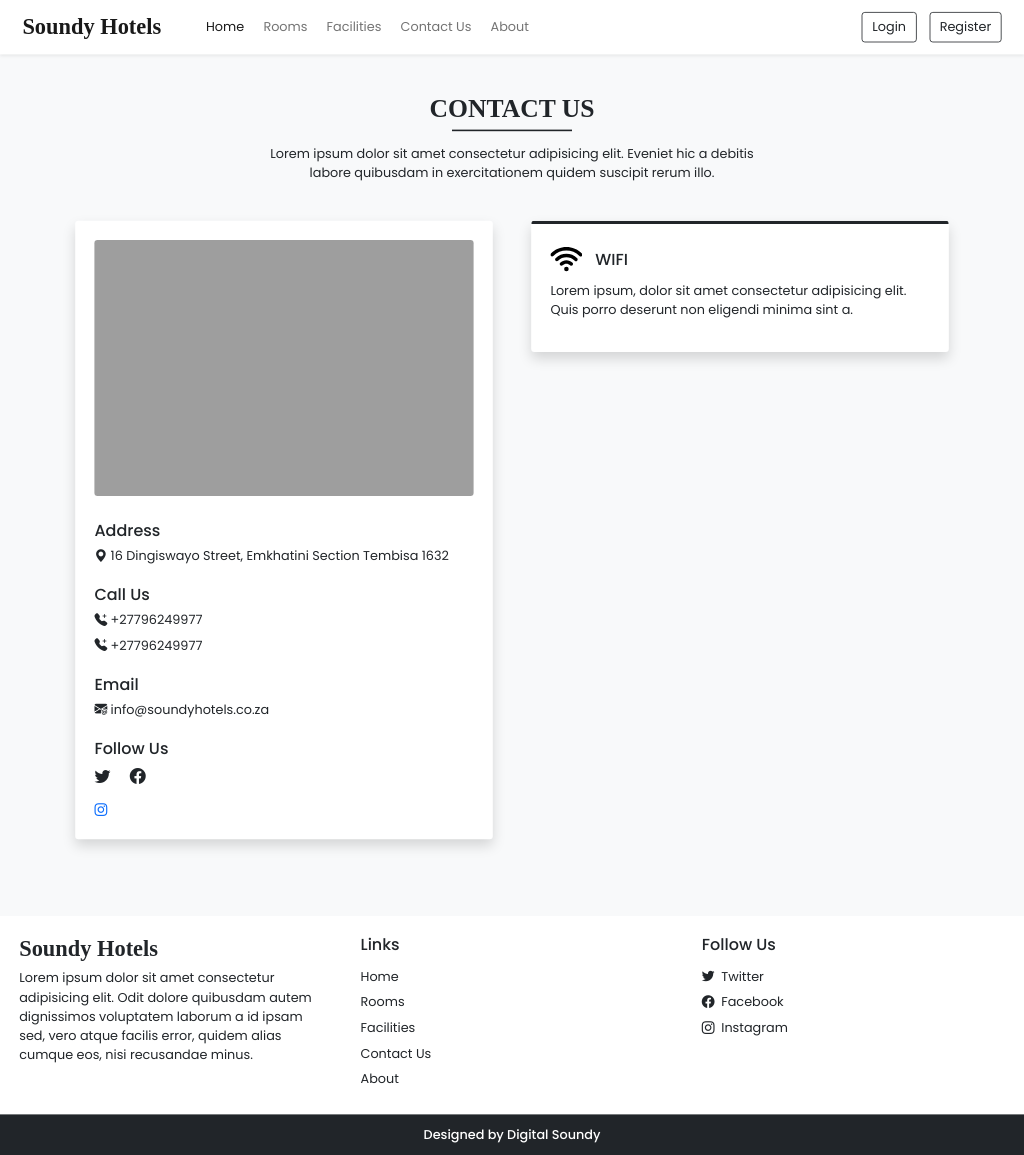
Repository: spencersoundy/Hotel-Booking-App
Page: http://localhost/contact.php
These files come from the project's save history. The page is drawn as it stood at one moment and after a run of saves; the edit follows.
The browser window is 1280 px wide. The pictures show the whole page, at 80% of full size.
Pictures or frames that could not be fetched are drawn as grey boxes. Some web fonts or font styles are not loaded; a fallback is used. The page is run by PHP 8.4 with error messages shown; the project is at /var/www/html/.

Above is the page before, as saved 2023-08-04 23:52:46.

### contact.php
<!DOCTYPE html>
<html lang="en">
<head>
    <meta charset="UTF-8">
    <meta http-equiv="X-UA-Compatible" content="IE=edge">
    <meta name="viewport" content="width=device-width, initial-scale=1.0">
    <title>Soundy Hotels - CONTACT</title>
    <?php require('inc/links.php') ?>
</head>
<body class="bg-light">

<?php require('inc/header.php') ?>

<div class="my-5 px-4">
    <h2 class="fw-bold h-font text-center">CONTACT US</h2>
    <div class="h-line bg-dark"></div>
    <p class="text-center mt-3">
        Lorem ipsum dolor sit amet consectetur adipisicing elit.
        Eveniet hic a debitis <br> labore quibusdam in exercitationem
        quidem suscipit rerum illo.
    </p>
</div>

<div class="container">
    <div class="row">
        <div class="col-lg-6 col-md-6 mb-5 px-4">
            <div class="bg-white rounded shadow p-4">
                <iframe class="w-100 rounded mb-4" height="320px" src="https://www.google.com/maps/embed?pb=!1m18!1m12!1m3!1d3585.708810342345!2d28.2120409827257!3d-26.010354497291896!2m3!1f0!2f0!3f0!3m2!1i1024!2i768!4f13.1!3m3!1m2!1s0x1e956bf2ad5976c9%3A0x6f9e0753eef116a!2s16%20Dingiswayo%20St%2C%20Emkantini%2C%20Tembisa%2C%201632!5e0!3m2!1sen!2sza!4v1691170736196!5m2!1sen!2sza" loading="lazy"></iframe>

                    <h5>Address</h5>
                <a href="https://goo.gl/maps/Av7G3xEeVXWeW6kQ6" target="_blank" class="d-line-block text-decoration-none text-dark mb-2">
                <i class="bi bi-geo-alt-fill"></i> 16 Dingiswayo Street, Emkhatini Section Tembisa 1632
                </a>

                <h5 class="mt-4">Call Us</h5>
                <a href="Tell: +27796249977" class="d-inline-block mb-2 text-decoration-none text-dark">
                    <i class="bi bi-telephone-plus-fill"></i> +27796249977
                </a>
                <br>
                <a href="Tell: +27796249977" class="d-inline-block text-decoration-none text-dark">
                    <i class="bi bi-telephone-plus-fill"></i> +27796249977
                </a>

                <h5 class="mt-4">Email</h5>
                <a href="mailto: info@soundyhotels.co.za" class="d-inline-block text-decoration-none text-dark">
                    <i class="bi bi-envelope-at-fill"></i> info@soundyhotels.co.za
                </a>

                <h5 class="mt-4">Follow Us</h5>
                <a href="#" class="d-inline-block mb-3 text-dark fs-5 me-3">
                        <i class="bi bi-twitter me-1"></i>
                </a>
                <a href="#" class="d-inline-block mb-3 text-dark fs-5 me-3">
                        <i class="bi bi-facebook me-1"></i>
                </a>
                <br>
                <a href="#" class="d-inline-block">
                        <i class="bi bi-instagram me-1"></i>
                </a>
            </div>
        </div>
        <div class="col-lg-6 col-md-6 px-4">
            <div class="bg-white rounded shadow p-4 border-top border-4 border-dark pop">
                <div class="d-flex align-items-center mb-2">
                <img src="images/facilities/IMG_43553.svg" width="40px">
                <h5 class="m-0 ms-3">WIFI</h5>
                </div>
                <p>Lorem ipsum, dolor sit amet consectetur adipisicing elit.
                    Quis porro deserunt non eligendi minima sint a.
                </p>
            </div>
        </div>
    </div>
</div>

<?php require('inc/footer.php')?>

</body>
</html>

### inc/links.php
<link href="https://cdn.jsdelivr.net/npm/bootstrap@5.0.2/dist/css/bootstrap.min.css" rel="stylesheet" integrity="sha384-EVSTQN3/azprG1Anm3QDgpJLIm9Nao0Yz1ztcQTwFspd3yD65VohhpuuCOmLASjC" crossorigin="anonymous">
<link href="https://fonts.googleapis.com/css2?family=Merienda:wght@400;700&family=Poppins:wght@400;500;600&display=swap" rel="stylesheet">
<link rel="stylesheet" href="https://cdn.jsdelivr.net/npm/bootstrap-icons@1.10.5/font/bootstrap-icons.css">
<link rel="stylesheet" href="css/common.css"/>

### inc/header.php
<nav class="navbar navbar-expand-lg navbar-light bg-white px-lg-3 py-lg-2 shadow-sm sticky-top">
    <div class="container-fluid">
        <a class="navbar-brand me-5 fw-bold fs-3 h-font" href="index.php">Soundy Hotels</a>
        <button class="navbar-toggler shadow-none" type="button" data-bs-toggle="collapse" data-bs-target="#navbarSupportedContent" aria-controls="navbarSupportedContent" aria-expanded="false" aria-label="Toggle navigation">
        <span class="navbar-toggler-icon"></span>
        </button>
        <div class="collapse navbar-collapse" id="navbarSupportedContent">
        <ul class="navbar-nav me-auto mb-2 mb-lg-0">
            <li class="nav-item">
            <a class="nav-link active me-2" aria-current="page" href="index.php">Home</a>
            </li>
            <li class="nav-item">
            <a class="nav-link me-2" href="#">Rooms</a>
            </li>
            <li class="nav-item">
            <a class="nav-link me-2" href="facilities.php">Facilities</a>
            </li><li class="nav-item">
            <a class="nav-link me-2" href="contact.php">Contact Us</a>
            </li><li class="nav-item">
            <a class="nav-link" href="about.php">About</a>
            </li>
        </ul>
        <div class="d-flex">
            <button type="button" class="btn btn-outline-dark shadow-none me-lg-3 me-2" data-bs-toggle="modal" data-bs-target="#loginModal">
                Login
            </button>
            <button type="button" class="btn btn-outline-dark shadow-none" data-bs-toggle="modal" data-bs-target="#registerModal">
                Register
            </button>
        </div>
        </div>
    </div>
    </nav>

    <div class="modal fade" id="loginModal" data-bs-backdrop="static" data-bs-keyboard="false" tabindex="-1" aria-labelledby="staticBackdropLabel" aria-hidden="true">
        <div class="modal-dialog">
            <div class="modal-content">
                <form>
                    <div class="modal-header">
                        <h5 class="modal-title d-flex align-items-center">
                            <i class="bi bi-person-circle fs-3 me-2"></i> User Login
                        </h5>
                        <button type="reset" class="btn-close shadow-none" data-bs-dismiss="modal" aria-label="Close"></button>
                    </div>
                    <div class="modal-body">
                    <div class="mb-3">
                        <label class="form-label">Email address</label>
                        <input type="email" class="form-control shadow-none">
                    </div>
                    <div class="mb-4">
                        <label class="form-label">Password</label>
                        <input type="password" class="form-control shadow-none">
                    </div>
                        <div class="d-flex align-items-center justify-content-between mb-2">
                            <button type="submit" class="btn btn-dark shadow-none">LOGIN</button>
                            <a href="javascript: void(0)" class="text-secondary text-decoration-none">Forgot Password?</a>
                        </div>
                    </div>
                </form>
            </div>
        </div>
    </div>

    <div class="modal fade" id="registerModal" data-bs-backdrop="static" data-bs-keyboard="false" tabindex="-1" aria-labelledby="staticBackdropLabel" aria-hidden="true">
        <div class="modal-dialog modal-lg">
            <div class="modal-content">
                <form>
            <div class="modal-header">
                <h5 class="modal-title d-fle align-items-center">
                    <i class="bi bi-person-lines-fill fs-3 me-2"></i> User Registration
                </h5>
                <button type="reset" class="btn-close shadow-none" data-bs-dismiss="modal" aria-label="Close"></button>
            </div>
            <div class="modal-body">
                <span class="badge rounded-pill bg-light text-dark mb-3 text-wrap lh-base">
                    Note: Your details must match with your ID (ID book/card, passport, drivers license, etc.)
                    that will be required during check-in.
                </span>
                <div class="container-fluid">
                    <div class="row">
                        <div class="col-md-6 ps-0 mb-3">
                            <label class="form-label">Name</label>
                            <input type="text" class="form-control shadow-none">
                        </div>
                        <div class="col-md-6 p-0 mb-3">
                            <label class="form-label">Email</label>
                            <input type="email" class="form-control shadow-none">
                        </div>
                        <div class="col-md-6 ps-0 mb-3">
                            <label class="form-label">Phone Number</label>
                            <input type="number" class="form-control shadow-none">
                        </div>
                        <div class="col-md-6 p-0 mb-3">
                            <label class="form-label">Picture</label>
                            <input type="file" class="form-control shadow-none">
                        </div>
                        <div class="col-md-12 p-0 mb-3">
                            <label class="form-label">Address</label>
                            <textarea class="form-control shadow-none" rows="1"></textarea>
                        </div>
                        <div class="col-md-6 ps-0 mb-3">
                            <label class="form-label">Pincode</label>
                            <input type="number" class="form-control shadow-none">
                        </div>
                        <div class="col-md-6 p-0 mb-3">
                            <label class="form-label">Date of birth</label>
                            <input type="date" class="form-control shadow-none">
                        </div>
                        <div class="col-md-6 ps-0 mb-3">
                            <label class="form-label">Password</label>
                            <input type="password" class="form-control shadow-none">
                        </div>
                        <div class="col-md-6 p-0 mb-3">
                            <label class="form-label">Confirm Password</label>
                            <input type="password" class="form-control shadow-none">
                        </div>
                    </div>
                </div>
                <div class="text-center my-1">
                    <button type="submit" class="btn btn-dark shadow-none">REGISTER</button>
                </div>
            </div>
            </form>
            </div>
  </div>
</div>

### inc/footer.php
<div class="container-fluid bg-white mt-5">

        <div class="row">
            <div class="col-lg-4 p-4">
                <h3 class="h-font fw-bold fs-3 mb-2">Soundy Hotels</h3>
                <p>
                    Lorem ipsum dolor sit amet consectetur adipisicing elit.
                    Odit dolore quibusdam autem dignissimos voluptatem laborum a id ipsam sed,
                    vero atque facilis error, quidem alias cumque eos, nisi recusandae minus.
                </p>
            </div>
            <div class="col-lg-4 p-4">
                <h5 class="mb-3">Links</h5>
                <a href="#" class="d-inline-block mb-2 text-dark text-decoration-none">Home</a><br>
                <a href="#" class="d-inline-block mb-2 text-dark text-decoration-none">Rooms</a><br>
                <a href="#" class="d-inline-block mb-2 text-dark text-decoration-none">Facilities</a><br>
                <a href="#" class="d-inline-block mb-2 text-dark text-decoration-none">Contact Us</a><br>
                <a href="#" class="d-inline-block mb-2 text-dark text-decoration-none">About</a>
            </div>
            <div class="col-lg-4 p-4">
                <h5 class="mb-3">Follow Us</h5>
                <a href="#" class="d-inline-block text-dark text-decoration-none mb-2">
                    <i class="bi bi-twitter me-1"></i> Twitter
                </a><br>
                <a href="#" class="d-inline-block text-dark text-decoration-none mb-2">
                    <i class="bi bi-facebook me-1"></i> Facebook
                </a><br>
                <a href="#" class="d-inline-block text-dark text-decoration-none">
                    <i class="bi bi-instagram me-1"></i> Instagram
                </a><br>
            </div>
        </div>
    </div>
</div>

    <h6 class="text-center bg-dark text-white p-3 m-0">Designed by Digital Soundy</h6>

    <script src="https://cdn.jsdelivr.net/npm/bootstrap@5.0.2/dist/js/bootstrap.bundle.min.js" integrity="sha384-MrcW6ZMFYlzcLA8Nl+NtUVF0sA7MsXsP1UyJoMp4YLEuNSfAP+JcXn/tWtIaxVXM" crossorigin="anonymous"></script>

### css/common.css
:root{
    --teal: #2ec1ac;
    --teal_hover: #279e8c;
}

*{
    font-family: 'Poppins', sans-serif;
}
.h-font{
    font-family: 'Merienda', cursive;
}

input::-webkit-outer-spin-button,
input::-webkit-inner-spin-button {
-webkit-appearance: none;
margin: 0;
}

input[type=number] {
-moz-appearance: textfield;
}

.custom-bg{
    background-color: var(--teal);
    border: 1px solid var(--teal);
}
.custom-bg:hover{
    background-color: var(--teal_hover);
    border-color: var(--teal_hover);
}

.h-line{
    width: 150px;
    margin: 0 auto;
    height: 1.7px;
}

### images/facilities/IMG_43553.svg
<?xml version="1.0" encoding="iso-8859-1"?>
<!-- Generator: Adobe Illustrator 19.0.0, SVG Export Plug-In . SVG Version: 6.00 Build 0)  -->
<svg version="1.1" id="Capa_1" xmlns="http://www.w3.org/2000/svg" xmlns:xlink="http://www.w3.org/1999/xlink" x="0px" y="0px"
	 viewBox="0 0 494.45 494.45" style="enable-background:new 0 0 494.45 494.45;" xml:space="preserve">
<g>
	<g>
		<g>
			<path d="M395.225,277.325c-6.8,0-13.5-2.6-18.7-7.8c-71.4-71.3-187.4-71.3-258.8,0c-10.3,10.3-27.1,10.3-37.4,0
				s-10.3-27.1,0-37.4c92-92,241.6-92,333.6,0c10.3,10.3,10.3,27.1,0,37.4C408.725,274.725,401.925,277.325,395.225,277.325z"/>
		</g>
		<g>
			<path d="M323.625,348.825c-6.8,0-13.5-2.6-18.7-7.8c-15.4-15.4-36-23.9-57.8-23.9s-42.4,8.5-57.8,23.9
				c-10.3,10.3-27.1,10.3-37.4,0c-10.3-10.3-10.3-27.1,0-37.4c25.4-25.4,59.2-39.4,95.2-39.4s69.8,14,95.2,39.5
				c10.3,10.3,10.3,27.1,0,37.4C337.225,346.225,330.425,348.825,323.625,348.825z"/>
		</g>
		<g>
			<circle cx="247.125" cy="398.925" r="35.3"/>
		</g>
		<g>
			<path d="M467.925,204.625c-6.8,0-13.5-2.6-18.7-7.8c-111.5-111.4-292.7-111.4-404.1,0c-10.3,10.3-27.1,10.3-37.4,0
				s-10.3-27.1,0-37.4c64-64,149-99.2,239.5-99.2s175.5,35.2,239.5,99.2c10.3,10.3,10.3,27.1,0,37.4
				C481.425,202.025,474.625,204.625,467.925,204.625z"/>
		</g>
	</g>
</g>
<g>
</g>
<g>
</g>
<g>
</g>
<g>
</g>
<g>
</g>
<g>
</g>
<g>
</g>
<g>
</g>
<g>
</g>
<g>
</g>
<g>
</g>
<g>
</g>
<g>
</g>
<g>
</g>
<g>
</g>
</svg>

After the next 2 saves:
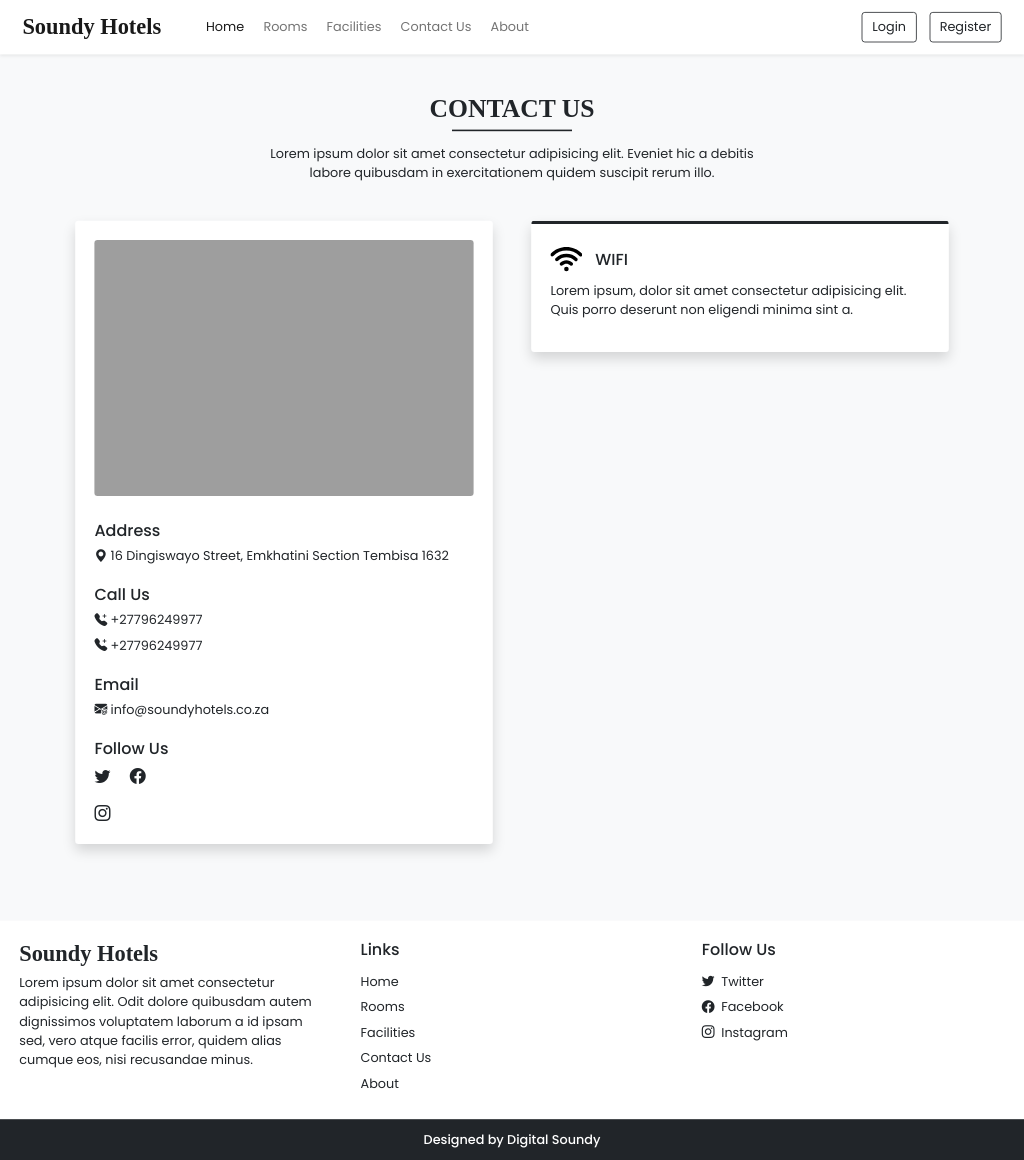
The 2 saves are shown as one change because they came seconds apart.
The last was saved 6 s later.
--- a/contact.php
+++ b/contact.php
@@ -55,7 +55,7 @@
                 </a>
                 <br>
                 <a href="#" class="d-inline-block">
-                        <i class="bi bi-instagram me-1"></i>
+                        <i class="bi bi-instagram me-1 text-dark fs-5 me-3"></i>
                 </a>
             </div>
         </div>
